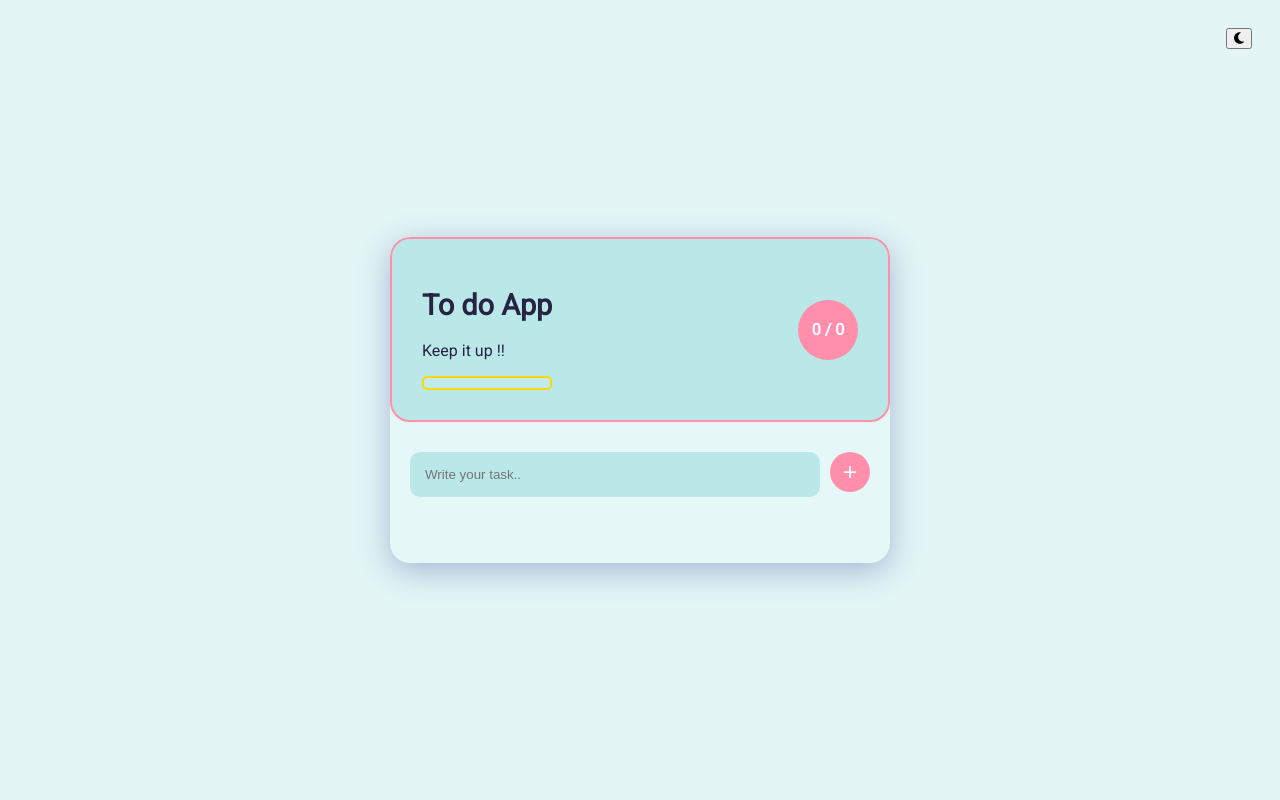
Repository: MounikaSahasra/Productivity-tracker
Page: index.html
The author's editor kept a copy of each file at every save. The page is drawn from the files as they stood at one save, then again after the next save.
The browser window is 1280 px wide. The pictures show the whole page.

Above is the page before, as saved 2025-06-17 15:13:26.

After the next save:
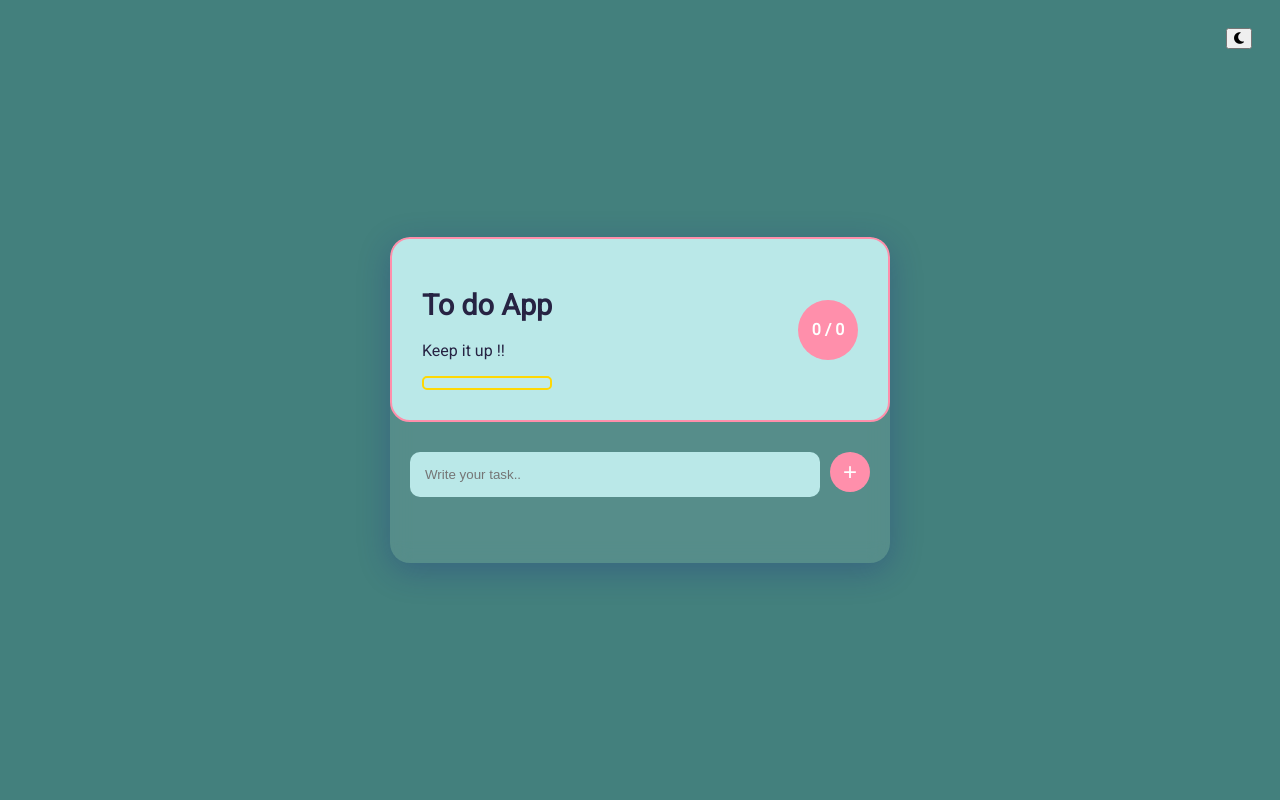
Saved 13 days later.
--- a/style.css
+++ b/style.css
@@ -1,5 +1,5 @@
 :root {
-  --background: #e3f6f5;
+  --background: #43807d;
   --secondarybackground: #bae8e8;
   --text: #272343;
   --accent: #ffd803;
